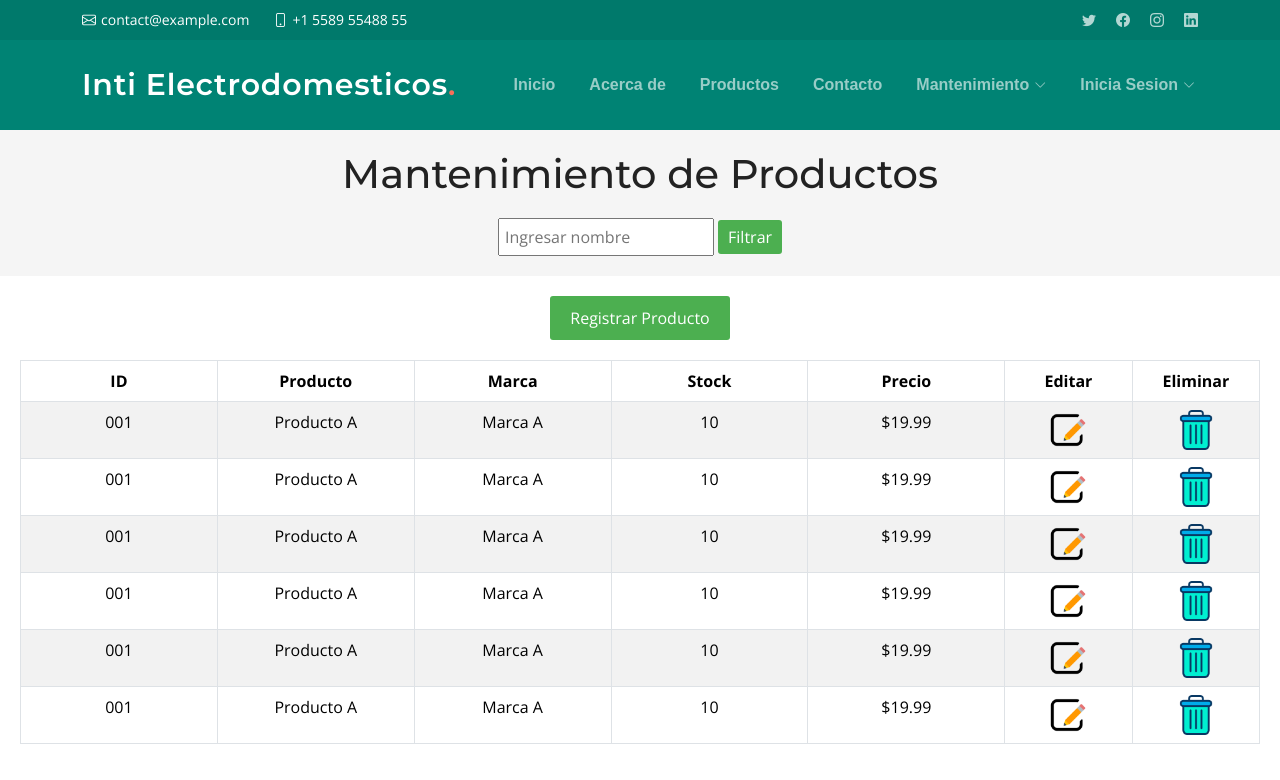
Repository: JReynaldoDelRio/DAWI---IntiElectrdomesticos
Page: http://localhost/mantenimientoProducto
These files come from the project's save history. The page is drawn as it stood at one moment and after the next save; the edit follows.
The browser window is 1280 px wide. The pictures show the whole page.
Some web fonts or font styles are not loaded; a fallback is used. Some web libraries are served in a nearby version. The page is this project's Thymeleaf template; nobody is signed in. The template is opened directly, without the code that normally fills it, so the values that code supplies are empty.

Above is the page before, as saved 2023-06-07 17:29:36.

After the next save:
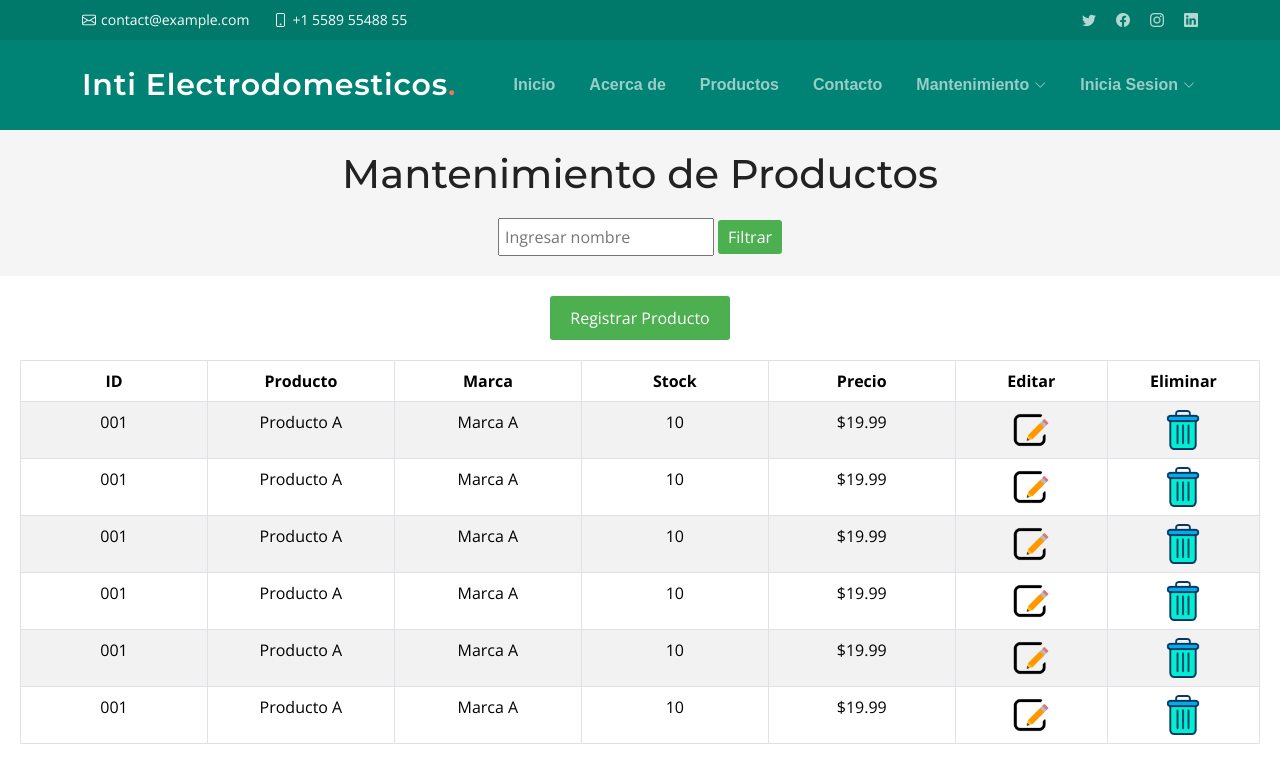
Saved 5 s later.
--- a/IntiElectrodomesticos/src/main/resources/static/css/producto.css
+++ b/IntiElectrodomesticos/src/main/resources/static/css/producto.css
@@ -71,7 +71,7 @@ tbody tr:hover {
 }
 
 th:nth-child(6), td:nth-child(6), th:nth-child(7), td:nth-child(7) {
-	width: 10.28%; /* Tamaño de cada columna (100% / 7) */
+	width: 12.28%; /* Tamaño de cada columna (100% / 7) */
 }
 
 
